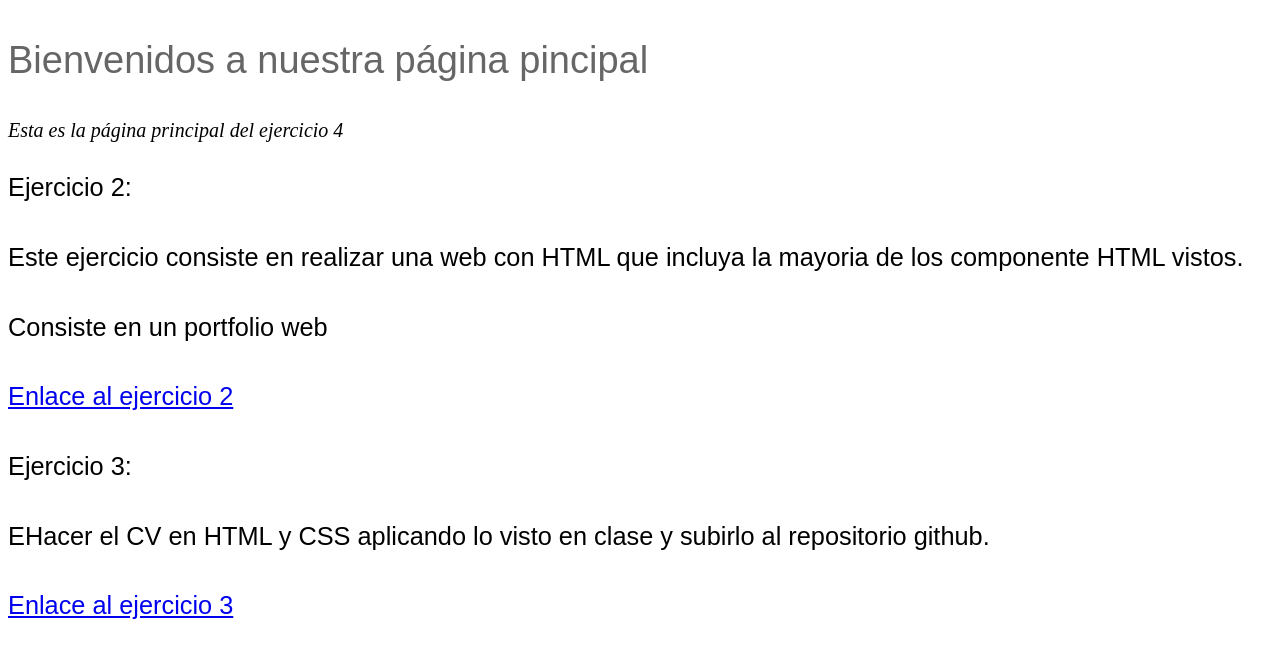
Repository: conmarred/Ejercicio4-Web
Page: Ejercicio4Web/src/main/webapp/index.html
These files come from the project's save history. The page is drawn as it stood at one moment and after the next save; the edit follows.
The browser window is 1280 px wide. The pictures show the whole page.
Some web fonts or font styles are not loaded; a fallback is used.

Above is the page before, as saved 2022-03-09 12:24:27.

### Ejercicio4Web/src/main/webapp/index.html
<!DOCTYPE html>
<html>
<head>
	<meta charset="UTF-8">
	<title>Pagina principal</title>
	<link rel="stylesheet" href="css/estilos.css">
</head>
<body>
	<div id="main">

		<section id="top">
			<div class="container">
				<h1>Bienvenidos a nuestra página pincipal</h1>
				<p class="titulo2">Esta es la página principal del ejercicio 4</p>
				<p>Ejercicio 2:</p>
				<p>Este ejercicio consiste en realizar
				una web con HTML que incluya la mayoria de los componente HTML vistos.</p>
				<p>Consiste en un portfolio web</p>
				<a href="ejercicio2.html">Enlace al ejercicio 2</a>
				<p>Ejercicio 3:</p>
				<p>EHacer el CV en HTML y CSS aplicando lo visto en clase y subirlo al repositorio github.</p>
				<a href="ejercicio3.html">Enlace al ejercicio 3</a>
			</div>
		</section>
	</div>

</body>
</html>

### Ejercicio4Web/src/main/webapp/css/estilos.css
@import url("fontawesome-all.min.css");
@import url("https://fonts.googleapis.com/css?family=Source+Sans+Pro:300,300italic,400,600");


/* Basic */

html {
	box-sizing: border-box;
}


body {
	background: #fff;
	font-family: 'Source Sans Pro', sans-serif;
	font-size: 19pt;
	font-weight: 300;
	line-height: 1.75em;
}


h1 {
	font-weight: 300;
	color: #666;
	line-height: 1.5em;
}


/* Container */

.container {
	margin: 0 auto;
	max-width: 100%;
	width: 1400px;
}

@media screen and (max-width: 700px) {

	.container {
		width: 100%;
	}

}


/* Section */

section {
	margin-bottom: 3em;
}

.titulo1 {
	font: 400 50px Bitter, serif;
	line-height: 20px;
	color: black;
	text-align: center;
}

.titulo2 {
	font-family: Bitter, serif;
	font-weight: 400;
	font-style: italic;
	font-size: 20px;
	line-height: 20px;
	color: black;
	text-align: left;
}

After the next save:
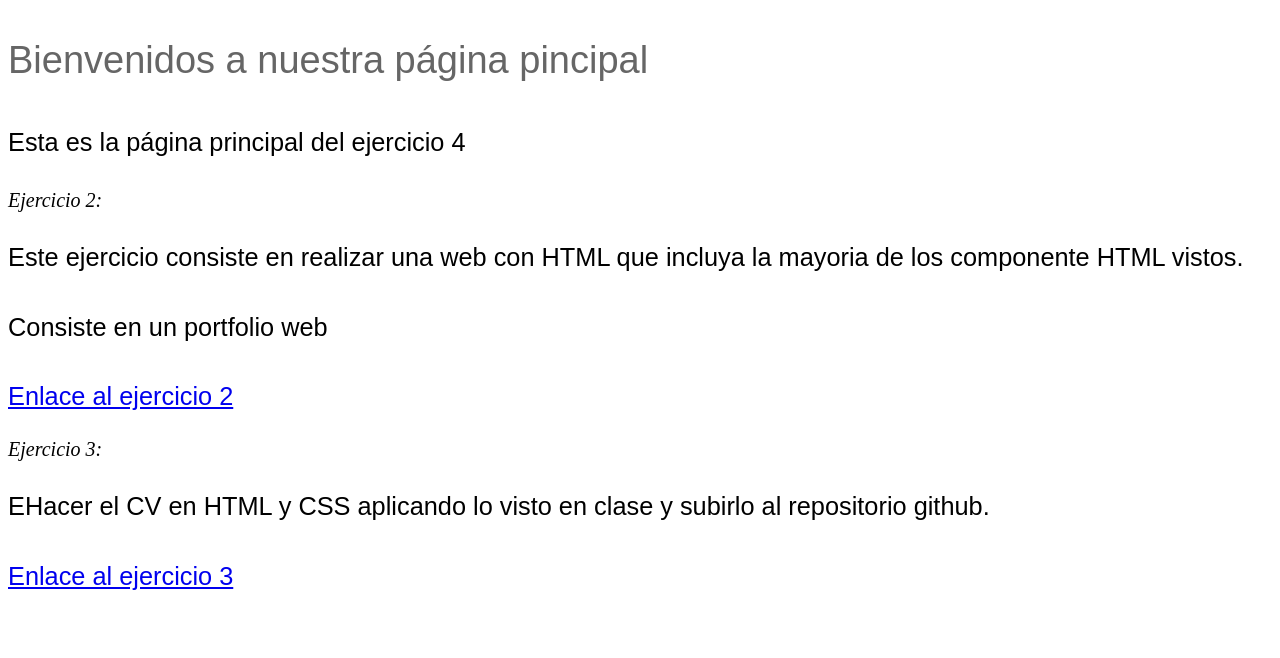
Saved 29 s later.
--- a/Ejercicio4Web/src/main/webapp/index.html
+++ b/Ejercicio4Web/src/main/webapp/index.html
@@ -11,13 +11,13 @@
 		<section id="top">
 			<div class="container">
 				<h1>Bienvenidos a nuestra página pincipal</h1>
-				<p class="titulo2">Esta es la página principal del ejercicio 4</p>
-				<p>Ejercicio 2:</p>
+				<p>Esta es la página principal del ejercicio 4</p>
+				<p class="titulo2">Ejercicio 2:</p>
 				<p>Este ejercicio consiste en realizar
 				una web con HTML que incluya la mayoria de los componente HTML vistos.</p>
 				<p>Consiste en un portfolio web</p>
 				<a href="ejercicio2.html">Enlace al ejercicio 2</a>
-				<p>Ejercicio 3:</p>
+				<p class="titulo2">Ejercicio 3:</p>
 				<p>EHacer el CV en HTML y CSS aplicando lo visto en clase y subirlo al repositorio github.</p>
 				<a href="ejercicio3.html">Enlace al ejercicio 3</a>
 			</div>
